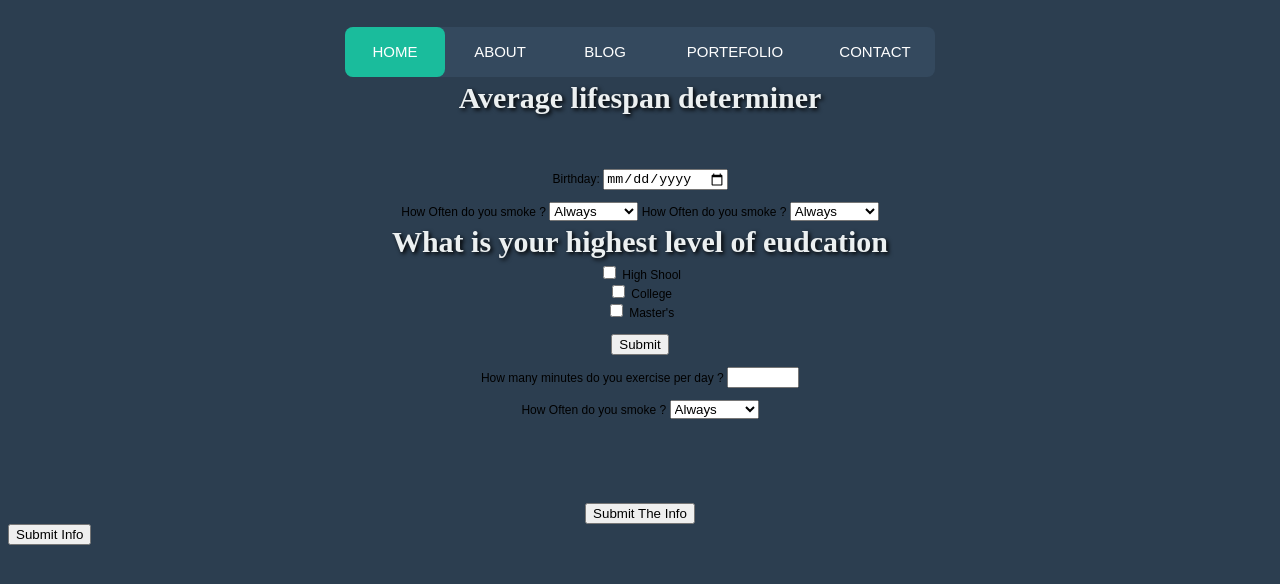
Repository: navid-amini12/capstone-1
Page: wordgame.html
These files come from the project's save history. The page is drawn as it stood at one moment and after the next save; the edit follows.
The browser window is 1280 px wide. The pictures show the whole page.

Above is the page before, as saved 2022-06-01 09:44:25.

### wordgame.html


  <link rel="stylesheet" type="text/css" href="Life.css">






 <div class = "container">

   <div class = "element">


<!-- NAVATION STARTING  -->

<nav class ="mynavigation">
  <a href="#">Home</a>
  <a href="#">About</a>
  <a href="#">Blog</a>
  <a href="#">Portefolio</a>
  <a href="#">Contact</a>
  <div class="animation start-home"></div>
</nav>
  <!-- NAVIGATION ENDING -->
    <h1>Average lifespan determiner</h1>

  <div class = "left"><form action="/action_page.php">
    <label for="birthday">Birthday:</label>
    <input type="date" id="birthday" name="birthday">

  </form>

<label for="cars">How Often do you smoke ?</label>

<select id="questions">
<option value="volvo">Always</option>
<option value="saab">Often</option>
<option value="opel">Sometimes</option>
<option value="audi">Rarely</option>
<option value="audi">Never</option>
</select>

<label for="cars">How Often do you smoke ?</label>

<select id="questions">
<option value="volvo">Always</option>
<option value="saab">Often</option>
<option value="opel">Sometimes</option>
<option value="audi">Rarely</option>
<option value="audi">Never</option>
</select>

<h1>What is your highest level of eudcation</h1>

<form action="/action_page.php">
<input type="checkbox" id="vehicle1" name="vehicle1" value="Bike">
<label for="vehicle1"> High Shool</label><br>
<input type="checkbox" id="vehicle2" name="vehicle2" value="Car">
<label for="vehicle2"> College</label><br>
<input type="checkbox" id="vehicle3" name="vehicle3" value="Boat">
<label for="vehicle3"> Master's</label><br><br>
<input type="submit" value="Submit">
</form>

<form>
  <label for="quantity">How many minutes do you exercise per day ? </label>
  <input type="number" id="quantity" name="quantity" min="0" max="1000">
</form>




<label for="cars">How Often do you smoke ?</label>

<select id="myquestions">
<option value="always">Always</option>
<option value="often">Often</option>
<option value="sometimes">Sometimes</option>
<option value="rarely">Rarely</option>
<option value="never">Never</option>
</select>
<br>
<br>
<br>
<br>


<br>
<br>
<br>
<button id = "submitInfo">Submit The Info</button></div>





<input id = "submitInfo" type="button" value = "Submit Info" onclick="alert('Submitting INfo');" /></div>

  </div>



  <!-- <input id = "submitInfo" type="button" value = "Submit Info" onclick="alert('Submitting INfo');" /> -->







  <body class="container">
    <ul id="people" class=""></ul>


    <script src="https://unpkg.com/axios/dist/axios.min.js"></script>
    <script>

      document.getElementById("submitInfo").onclick = function () {
        axios
          .get("http://localhost:4000/api/users")
          .then(function (response) {
            var e = document.getElementById("myquestions");
            var strUser = e.options[e.selectedIndex].text;

            var birthday = document.getElementById("birthday").value


     if (strUser == "Never") {


       alert( document.getElementById("people").innerHTML = response.data[0] + birthday)

    }
          })


          .catch(function (err) {
            document.getElementById("people").innerHTML =
              '<li class="text-danger">' + err.message + "</li>";
          });
      };

### Life.css



/* startin of navtation css */

.left {
  margin-top: 50px;
  text-align: center;
}






nav {
  margin: 27px auto 0;

  position: relative;
  width: 590px;
  height: 50px;
  background-color: #34495e;
  border-radius: 8px;
  font-size: 0;
}
nav a {
  line-height: 50px;
  height: 100%;
  font-size: 15px;
  display: inline-block;
  position: relative;
  z-index: 1;
  text-decoration: none;
  text-transform: uppercase;
  text-align: center;
  color: white;
  cursor: pointer;
}
nav .animation {
  position: absolute;
  height: 100%;
  top: 0;
  z-index: 0;
  transition: all .5s ease 0s;
  border-radius: 8px;
}
a:nth-child(1) {
  width: 100px;
}
a:nth-child(2) {
  width: 110px;
}
a:nth-child(3) {
  width: 100px;
}
a:nth-child(4) {
  width: 160px;
}
a:nth-child(5) {
  width: 120px;
}
nav .start-home, a:nth-child(1):hover~.animation {
  width: 100px;
  left: 0;
  background-color: #1abc9c;
}
nav .start-about, a:nth-child(2):hover~.animation {
  width: 110px;
  left: 100px;
  background-color: #e74c3c;
}
nav .start-blog, a:nth-child(3):hover~.animation {
  width: 100px;
  left: 210px;
  background-color: #3498db;
}
nav .start-portefolio, a:nth-child(4):hover~.animation {
  width: 160px;
  left: 310px;
  background-color: #9b59b6;
}
nav .start-contact, a:nth-child(5):hover~.animation {
  width: 120px;
  left: 470px;
  background-color: #e67e22;
}

body {
  font-size: 12px;
  font-family: sans-serif;
  background: #2c3e50;
}
h1 {
  text-align: center;
  margin: 40px 0 40px;
  text-align: center;
  font-size: 30px;
  color: #ecf0f1;
  text-shadow: 2px 2px 4px #000000;
  font-family: 'Cherry Swash', cursive;
}

p {
    position: absolute;
    bottom: 20px;
    width: 100%;
    text-align: center;
    color: #ecf0f1;
    font-family: 'Cherry Swash',cursive;
    font-size: 16px;
}

span {
    color: #2BD6B4;
}




/* Navigation  */

/*
@import url('https://fonts.googleapis.com/css?family=Lobster&display=swap') repeat scroll 0 0 rgba(0, 0, 0 , 0);

body {
  background: #fff;
}

.title {
  font-size: 2.5rem;
  font-family: 'Lobster', cursive;
}

.container {
  animation: scroll 70s linear infinite;
  background: url("https://images.unsplash.com/photo-1465146633011-14f8e0781093?ixlib=rb-1.2.1&ixid=eyJhcHBfaWQiOjEyMDd9&auto=format&fit=crop&w=3450&q=80"), #111111;
  color: #eee;
  height: 100vh;
  min-width: 360px;
  width: 100%;
  display: flex;
  justify-content: center;
  align-items: center;
  perspective: 1000px;
  perspective-origin: 50% 50%;

}

@keyframes scroll {
   100%{
    background-position:0px -3000px;
  }
}

@media (prefers-reduced-motion) {
  .container {
    animation: scroll 200s linear infinite;
  }
}

@media (min-width: 670px) {
  .title {
    font-size: 5rem;
  }
}

#modalContainer {
  background-color:rgba(0, 0, 0, 0.3);
  position:absolute;
  top:0;
  width:100%;
  height:100%;
  left:0px;
  z-index:10000;
  background-image:url(tp.png); /* required by MSIE to prevent actions on lower z-index elements */
}

#alertBox {
  position:relative;
  width:33%;
  min-height:20%;
  max-height:35%;
  margin-top:50px;
  border:1px solid #fff;
  background-color:#fff;
  background-repeat:no-repeat;
  top:30%;
}

#modalContainer > #alertBox {
  position:fixed;
}

#alertBox h1 {
  margin:0;
  font:bold 1em Raleway,arial;
  background-color:#f97352;
  color:#FFF;
  border-bottom:1px solid #f97352;
  padding:10px 0 10px 5px;
}


#alertBox #closeBtn {
  display:block;
  position:relative;
  margin:100px auto 100px auto;
  padding:7px;
  border:0 none;
  width:70px;
  text-transform:uppercase;
  text-align:center;
  color:#FFF;
  background-color:#f97352;
  border-radius: 0px;
  text-decoration:none;
  outline:0!important;
}

/* unrelated styles */

#mContainer {
  position:relative;
  width:600px;
  margin:auto;
  padding:5px;
  border-top:2px solid #fff;
  border-bottom:2px solid #fff;
}

h1,h2 {
  margin:0;
  padding:4px;
}

code {
  font-size:1.2em;
  color:#069;
}

#credits {
  position:relative;
  margin:25px auto 0px auto;
  width:350px;
  font:0.7em verdana;
  border-top:1px solid #000;
  border-bottom:1px solid #000;
  height:90px;
  padding-top:4px;
}

#credits img {
  float:left;
  margin:5px 10px 5px 0px;
  border:1px solid #000000;
  width:80px;
  height:79px;
}

.important {
  background-color:#F5FCC8;
  padding:2px;

}

@media (max-width: 600px)
{
  #alertBox {
  position:relative;
  width:90%;
  top:30%;
}


 */

After the next save:
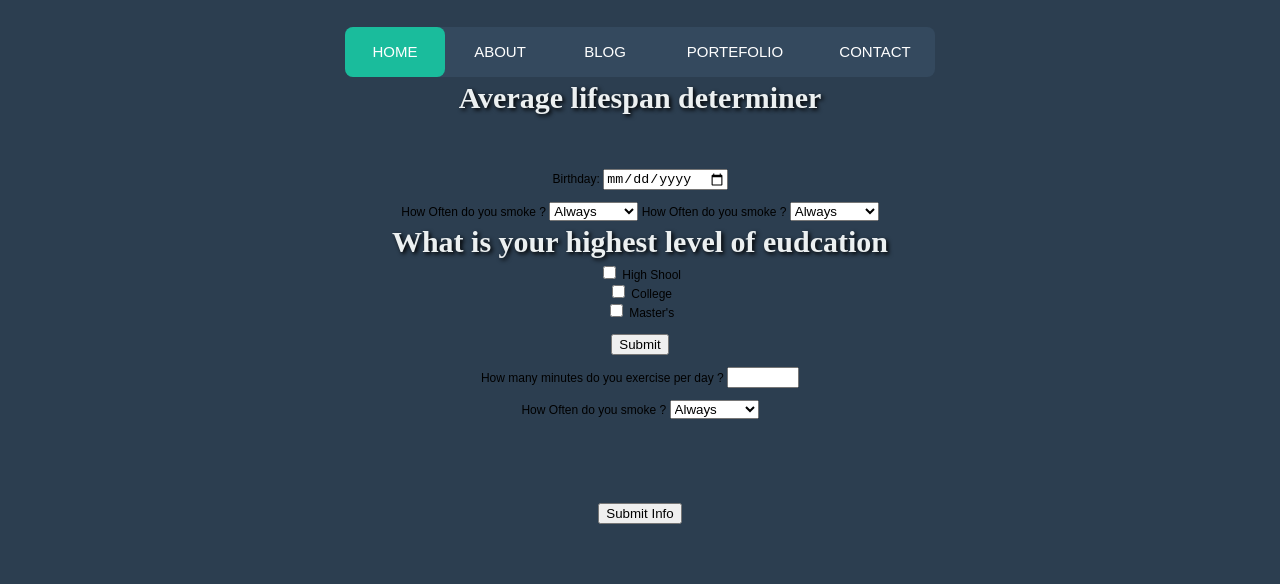
Saved 7 s later.
--- a/wordgame.html
+++ b/wordgame.html
@@ -89,7 +89,7 @@
 <br>
 <br>
 <br>
-<button id = "submitInfo">Submit The Info</button></div>
+
 
 
 
